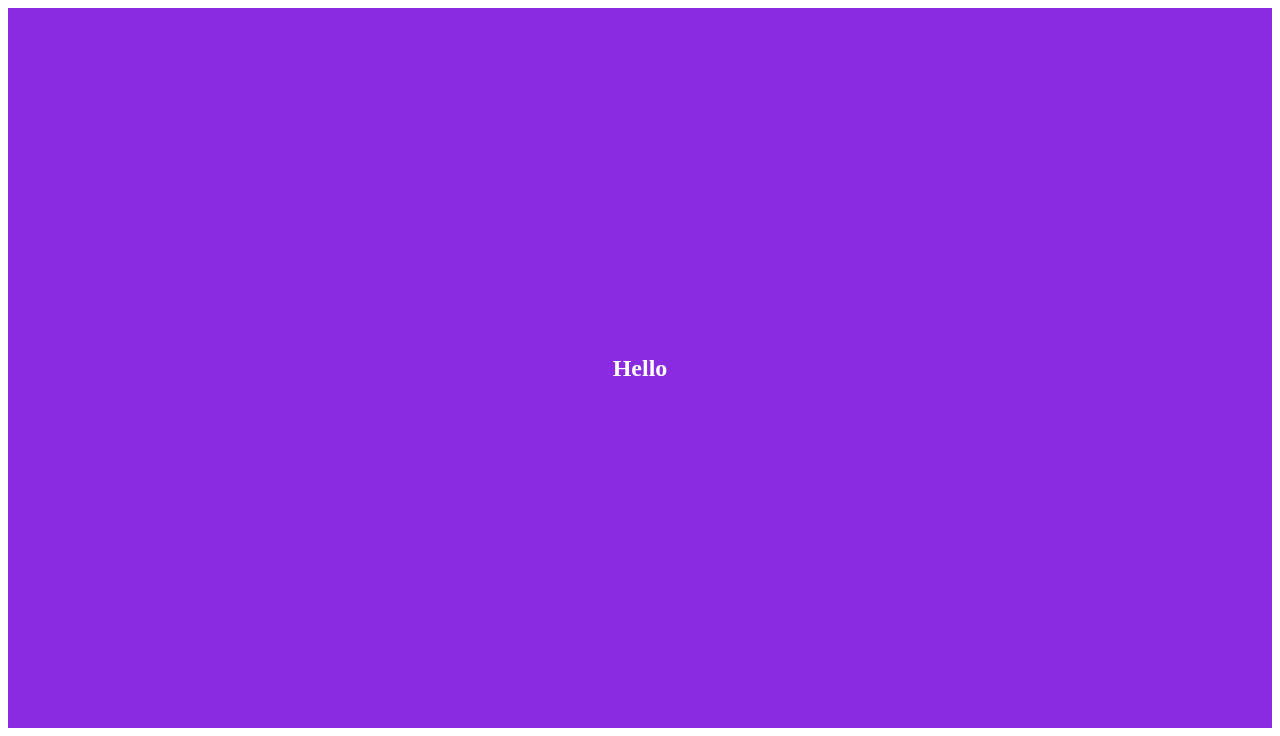
Repository: mohammadHaneen/new-project
Page: index.html
The author's editor kept a copy of each file at every save. The page is drawn from the files as they stood at one save, then again after a run of saves.
The browser window is 1280 px wide. The pictures show the whole page.

Above is the page before, as saved 2022-06-14 15:59:34.

### index.html
<!DOCTYPE html>
<html lang="en">

<head>
    <meta charset="UTF-8">
    <meta http-equiv="X-UA-Compatible" content="IE=edge">
    <meta name="viewport" content="width=device-width, initial-scale=1.0">
    <title>Document</title>
    <style>
        .container {
            width: 100%;
            height: 100vh;
            display: flex;
            justify-content: center;
            align-items: center;
            background: blueviolet;
        }
        h2{
            color: white;
            font-size: ;
        }
    </style>
</head>

<body>
    <div class="container">
        <h2>Hello</h2>
    </div>
</body>

</html>

After the next 4 saves:
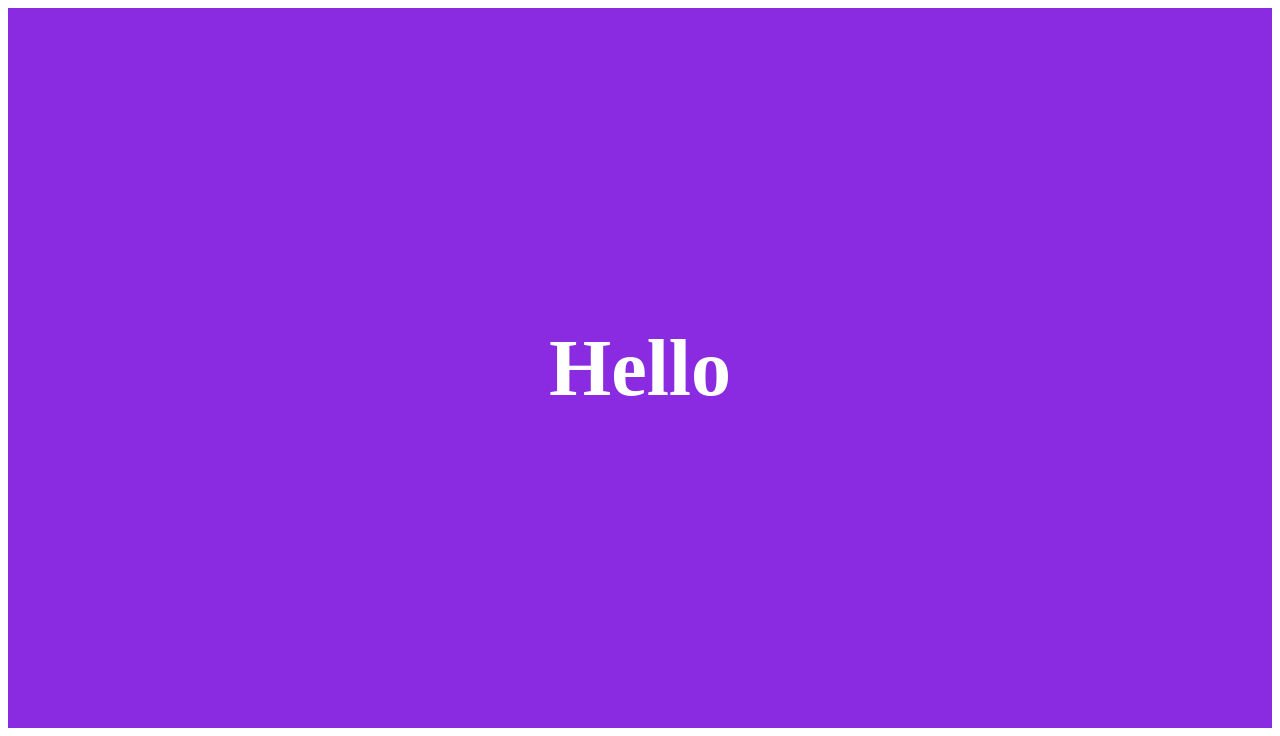
The 4 saves are shown as one change because they came seconds apart.
The last was saved 9 s later.
--- a/index.html
+++ b/index.html
@@ -15,9 +15,11 @@
             align-items: center;
             background: blueviolet;
         }
-        h2{
+
+        h2 {
             color: white;
-            font-size: ;
+            font-size: 5rem;
+            font-weight: 800;
         }
     </style>
 </head>
